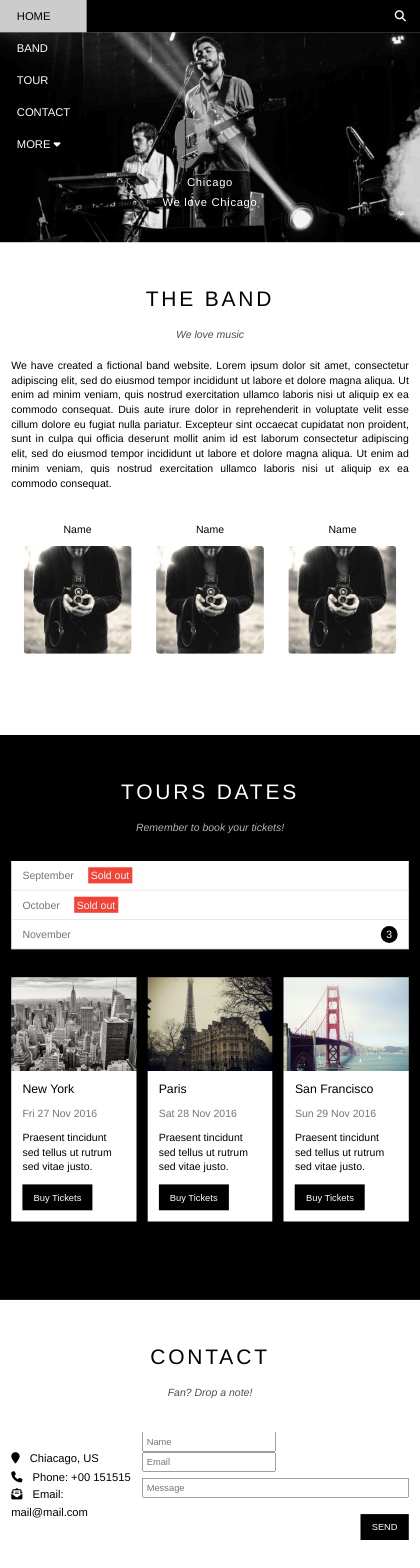
Repository: NguyenMinhChau/Theband
Page: index.html
An editor plug-in stored every save of this project. The page is shown before and after the next save, followed by the edit.
The browser window is 600 px wide. The pictures show the part of the page from y = 0 to 2240 px (the page is 3023 px tall), at 70% of full size.
Some web libraries are served in a nearby version.

Above is the page before, as saved 2021-10-24 09:15:29.

### index.html
<!DOCTYPE html>
<html lang="en">
<head>
    <meta charset="UTF-8">
    <meta http-equiv="X-UA-Compatible" content="IE=edge">
    <meta name="viewport" content="width=device-width, initial-scale=1.0">
    <title>THE BAND</title>
    <link rel="icon" href="https://www.w3schools.com/w3css/img_la.jpg"/>
    <script src="https://kit.fontawesome.com/a7b0f58175.js" crossorigin="anonymous"></script>
    <link rel="stylesheet" href="./assets/css/style.css">
    <link rel="stylesheet" href="./assets/css/responsive.css">
</head>
<body>
    <div id="main">
        <div id="header">
            <!-- Begin Navigation -->
            <ul id="nav">
                <li><a href="#">Home</a></li>
                <li><a href="#about">Band</a></li>
                <li><a href="#tour">Tour</a></li>
                <li><a href="#contact">Contact</a></li>
                <li><a href="#">More <i class="fas fa-caret-down"></i></a>
                    <ul class="subnav">
                        <li><a href="#">Merchandise</a></li>
                        <li><a href="#">Extras</a></li>
                        <li><a href="#">Media</a></li>
                    </ul>
                </li>
            </ul>
            <!-- End Navigation -->

            <!-- Begin Search -->
            <div class="icon-search">
                <a href="#"><i class="header-icon-search fas fa-search"></i></a>
            </div>
            <!-- End Search -->
        </div>

        <div id="slider">
            <div class="description">
                <h4>Chicago</h4>
                <p>We love Chicago</p>
            </div>
        </div>

        <div id="content">
            <!-- section: dành cho những phần dùng chung -->
            <!-- ABOUT SECTION -->
            <div id="about" class="content-section">
                <h2 class="section-heading">The Band</h2>
                <p class="section-subheading">We love music</p>
                <p class="about-text">We have created a fictional band website. Lorem ipsum dolor sit amet, consectetur adipiscing elit, sed do eiusmod tempor incididunt ut labore et dolore magna aliqua. Ut enim ad minim veniam, quis nostrud exercitation ullamco laboris nisi ut aliquip ex ea commodo consequat. Duis aute irure dolor in reprehenderit in voluptate velit esse cillum dolore eu fugiat nulla pariatur. Excepteur sint occaecat cupidatat non proident, sunt in culpa qui officia deserunt mollit anim id est laborum consectetur adipiscing elit, sed do eiusmod tempor incididunt ut labore et dolore magna aliqua. Ut enim ad minim veniam, quis nostrud exercitation ullamco laboris nisi ut aliquip ex ea commodo consequat.</p>
                <div class="members-list">
                    <div class="member-item col-3">
                        <p class="member-name">Name</p>
                        <img src="./assets/img/about_member01.jpg" alt="" class="member-avata">
                    </div>
                    <div class="member-item col-3">
                        <p class="member-name">Name</p>
                        <img src="./assets/img/about_member01.jpg" alt="" class="member-avata">
                    </div>
                    <div class="member-item col-3">
                        <p class="member-name">Name</p>
                        <img src="./assets/img/about_member01.jpg" alt="" class="member-avata">
                    </div>
                    <div class="clear"></div>
                </div>
            </div>

            <!-- TOUR SECTION -->
            <div id="tour" class="tour-section">
                <div class="content-section">
                    <h2 class="section-heading text-white">Tours Dates</h2>
                    <p class="section-subheading text-white">Remember to book your tickets!</p>
                    <ul class="tickets-list">
                        <li>September <span class="sold-out">Sold out</span></li>
                        <li>October <span class="sold-out">Sold out</span></li>
                        <li>November <span class="quantity">3</span></li>
                    </ul>
                    <div class="row places-list">
                        <div class="col col-3">
                            <img src="./assets/img/tour_place01.jpg" alt="New York" class="place-img">
                            <div class="place-body">
                                <h3 class="place-heading">New York</h3>
                                <p class="place-time">Fri 27 Nov 2016</p>
                                <p class="plave-desc">Praesent tincidunt sed tellus ut rutrum sed vitae justo.</p>
                                <button href="#" class="btn js-buy-ticket">Buy Tickets</button>
                            </div>
                        </div>
                        <div class="col col-3">
                            <img src="./assets/img/tour_place_02.jpg" alt="New York" class="place-img">
                            <div class="place-body">
                                <h3 class="place-heading">Paris</h3>
                                <p class="place-time">Sat 28 Nov 2016</p>
                                <p class="plave-desc">Praesent tincidunt sed tellus ut rutrum sed vitae justo.</p>
                                <button href="#" class="btn js-buy-ticket">Buy Tickets</button>
                            </div>
                        </div>
                        <div class="col col-3">
                            <img src="./assets/img/tour_place_03.jpg" alt="New York" class="place-img">
                            <div class="place-body">
                                <h3 class="place-heading">San Francisco</h3>
                                <p class="place-time">Sun 29 Nov 2016</p>
                                <p class="plave-desc">Praesent tincidunt sed tellus ut rutrum sed vitae justo.</p>
                                <button href="#" class="btn js-buy-ticket">Buy Tickets</button>
                            </div>
                        </div>
                        <div class="clear"></div>
                    </div>
                </div>
            </div>

            <!-- CONTACT SECTION -->
            <div id="contact" class="content-section">
                <h2 class="section-heading">Contact</h2>
                <p class="section-subheading">Fan? Drop a note!</p>
                <div class="contact-container">
                    <div class="infomation">
                        <p class="infomation-text">
                            <i class="fas fa-map-marker"></i>
                            Chiacago, US
                        </p>
                        <p class="infomation-text">
                            <i class="fas fa-phone"></i>
                            Phone: +00 151515
                        </p>
                        <p class="infomation-text">
                            <i class="fas fa-envelope-open-text"></i>
                            Email: mail@mail.com
                        </p>
                    </div>
                    <form class="input-infomation">
                        <div class="input-name-email">
                            <input type="text" class="intput-name" placeholder="Name" required>
                            <input type="email" class="intput-name" placeholder="Email" required>
                        </div>
                        <input type="text" class="ipnut-message" placeholder="Message" required>
                        <button class="btn pull-right">SEND</button>
                    </form>
                </div>
            </div>

            <!-- BEGIN MAP -->
            <div class="content-map-image"></div>
        </div>

        <div id="footer">
            <ul class="footer-social-list">
                <li class="social-item"><a href="#" class="social-link"><i class="fab fa-facebook-square"></i></a></li>
                <li class="social-item"><a href="#" class="social-link"><i class="fab fa-instagram-square"></i></a></li>
                <li class="social-item"><a href="#" class="social-link"><i class="fab fa-linkedin"></i></a></li>
                <li class="social-item"><a href="#" class="social-link"><i class="fab fa-youtube"></i></a></li>
                <li class="social-item"><a href="#" class="social-link"><i class="fab fa-twitter-square"></i></a></li>
            </ul>
            <p class="copyright">Powered by <a href="#">W3C</a></p>
        </div>
    </div>

    <!-- BEGIN MODEL -->
    <div class="modal">
        <div class="modal-container">
            <div class="modal-close">
                <i class="far fa-window-close"></i>
            </div>

            <header class="modal-header">
                <i class="fas fa-briefcase"></i> Tickets
            </header>

            <div class="modal-body">
                <div class="form-group">
                    <label for="money" class="modal-label">
                        <i class="fas fa-shopping-cart"></i>
                        Tickets, $15 per person
                    </label>
                    <input type="text" name="money" id="money" class="modal-input" placeholder="How many?">
                </div>

                <div class="form-group">
                    <label for="email" class="modal-label">
                        <i class="fas fa-user"></i>
                        Send To
                    </label>
                    <input type="email" name="email" id="email" class="modal-input" placeholder="Enter Email">
                </div>

                <button id="buy-tickets">
                    PAY <i class="fas fa-check"></i>
                </button>
            </div>

            <footer class="modal-footer">
                <p class="modal-help">Need
                    <a href="#">help?</a>
                </p>
            </footer>
        </div>
    </div>
    <!-- END MODAL -->
    <script src="assets/js/main.js"></script>
</body>
</html>

### assets/css/style.css
:root{
    --header-height: 46px;
}
*{
    box-sizing: border-box;
    margin: 0;
    padding: 0;
}

html{
    font-family: Helvetica, Arial, sans-serif;
}

/* BEGIN CSS COMMON */
.clear{
    clear: both;
}

.text-white{
    color: #fff !important;
}

.pull-right{
    float: right !important;
}

.row {
    margin: 0 -8px;
}

.col{
    float: left;
    padding: 0 8px;
}

.col-3{
    width: calc(100% / 3);
}

.btn{
    text-decoration: none;
    background-color: #000;
    color: #fff;
    padding: 11px 16px;
    /* Khắc phục tình trạng button che thẻ description */
    display: inline-block;
    margin-top: 15px;
    border: none;
}

.btn:hover{
    background-color: #ccc;
    color: #000;
    cursor: pointer;
}
/* END CSS COMMON */

/* BEGIN CSS HEADER */
#header{
    height: var(--header-height);
    background-color: #000;
    position: fixed;
    top: 0;
    left: 0;
    right: 0;
}

#nav{
    display: inline-block;
}

#nav,
#subnav{
    list-style-type: none;
}

#nav li{
    display: inline-block;
    position: relative;
}

#nav > li > a{
    color: #fff;
    text-transform: uppercase;
}

#nav li a {
    text-decoration: none;
    line-height: var(--header-height);
    padding: 0 24px;

    display: block;
}

#nav > li:hover > a,
#nav .subnav li:hover a {
    color: #000;
    background-color: #ccc;
}

#nav > li:hover .subnav{
    display: block;
}

#nav .subnav{
    display: none;
    position: absolute;
    background-color: #fff;
    box-shadow: 0 0 10px rgba(0,0,0,0.3);
    color: #000;
    top: 100%;
    left: 0;
}

#nav .subnav li a{
    color: #000;
    padding: 0 12px;
    line-height: 38px;
    min-width: 160px;
}

#nav .subnav li{
    display: block;
}

#header .icon-search{
    /* position: absolute;
    top: 0;
    right: 0; */
    float: right;
    line-height: var(--header-height);
    padding: 0 20px;
}

#header .icon-search a{
    text-decoration: none;
}

#header .icon-search:hover{
    background-color: rgb(255, 39, 39);
    cursor: pointer;
}

#header .icon-search .header-icon-search{
    color: #fff;
}
/* END CSS HEADER */


/* BEGIN CSS SLIDER */
#slider{
    position: relative;
    margin-top: var(--header-height);
    /* Kỹ thuật tạo ảnh không bị méo khi thay đổi kích thước */
    padding-top: 50%; /* % là theo chiều ngang của chính nó*/

    /* Khi dùng padding như trên -> ta dùng bg-image để tạo ảnh vì có thể đổ ảnh từ padding */
    background: url('../img/slider_band_chicago.jpg') no-repeat center / cover;
    z-index: -1;
}

#slider .description{
    position: absolute;
    bottom: 0;
    left: 50%;
    transform: translateX(-50%);

    color: #fff;
    text-align: center;
    margin-bottom: 48px;
    letter-spacing: 1px;
}

#slider .description h4,
#slider .description p{
    text-shadow: 0 0 10 rgba(0,0,0,0.5);
}

#slider .description h4{
    font-weight: 540;
    padding: 10px 0;
}
/* END CSS SLIDER */

/* BEGIN CSS CONTENT */
/* CSS ABOUT */
#content .content-section{
    width: 800px;
    margin: auto;
    padding: 64px 0 112px;

    /* Media query Tablet */
    max-width: 100%;
    padding-left: 16px;
    padding-right: 16px;
}

#content .section-heading,
#content .section-subheading{
    text-align: center;
}

#content .section-heading{
    font-size: 30px;
    font-weight: 500;
    text-transform: uppercase;
    letter-spacing: 4px;
}

#content .section-subheading{
    font-size: 15px;
    font-style: italic;
    margin: 25px 0;
    opacity: 0.7;
}

#content .about-text{
    text-align: justify;
    font-size: 15px;
    line-height: 1.4;
}

#content .members-list{
    margin-top: 48px;
}

#content .member-item{
    float: left;
    text-align: center;
}

#content .member-name{
    font-size: 15px;
}

#content .member-avata{
    margin-top: 15px;
    width: 154px;
    border-radius: 5px;
}

/* CSS TOUR */
#content .tour-section{
    background-color: #000;
}

#content .tickets-list{
    background-color: #fff;
    margin: 40px 0;
    list-style: none;
}

#content .tickets-list li{
    font-size: 15px;
    padding: 12px 16px;
    border-bottom: 1px solid #ddd;
    color: #757575;
}

#content .tickets-list .sold-out{
    background-color: #f44336;
    color: #fff;
    padding: 3px 4px;
    margin-left: 16px;
}

#content .tickets-list .quantity{
    float: right;
    background-color: #000;
    border-radius: 50%;
    width: 24px;
    height: 24px;
    color: #fff;
    text-align: center;
    line-height: 24px;
    margin-top: -3px;
}

#content .place-img{
    width: 100%;
    display: block;
}

#content .place-img:hover{
    opacity: 0.7;
}

#content .place-body{
    background-color: #fff;
    padding: 16px;
    font-size: 15px;
}

#content .place-heading{
    font-weight: 550;
}

#content .place-time{
    margin: 15px 0;
    color: #757575;
}

#content .plave-desc{
    line-height: 1.4;
}

/* CSS CONTACT */
#content .contact-container{
    display: flex;
    flex-direction: row;
    justify-content: space-between;
    align-items: center;
    margin-top: 48px;
}

#content .infomation-text{
    font-size: 16px;
    line-height: 1.6;
}

#content .infomation-text i {
    margin-right: 10px;
}

#content .input-name-email,
#content .ipnut-message{
    margin-bottom: 8px;
}

#content .intput-name,
#content .ipnut-message{
    padding: 5px 5px;
    outline: none;
}

#content .ipnut-message{
    width: 100%;
}

#content .content-map-image{
    height: 600px;
    background: url('../img/img-footer.jpg') no-repeat center / 100% 100%;
}
/* END CSS CONTENT */

/* BEGIN CSS FOOTER */
#footer{
    text-align: center;
    margin-bottom: 20px;
}

#footer .footer-social-list{
    list-style: none;
    margin-top: 32px;
    margin-bottom: 16px;
}

#footer .footer-social-list li{
    display: inline-block;
}

#footer .footer-social-list li a{
    color: rgb(185, 185, 185);
    padding: 0 10px;
}

#footer .footer-social-list li a i{
    font-size: 25px;
}

#footer .copyright a{
    text-decoration: none;
}
/* END CSS FOOTER */

/* BEGIN CSS MODAL */
.modal{
    position: fixed;
    top: 0;
    bottom: 0;
    right: 0;
    left: 0;
    background: rgba(0,0,0,0.3);
    align-items: center;
    justify-content: center;
    display: none;
}

.modal.open{
    display: flex;
}

.modal-container{
    position: relative;
    background-color: #fff;
    width: 900px;
    max-width: calc(100% - 30px);
    min-height: 200px;
    animation: modalFaceIn linear .5s;
}

@keyframes modalFaceIn{
    from {
        transform: translateY(-100%);
        opacity: 0;
    }
    to {
        transform: translateY(0);
        opacity: 1;
    }
}

.modal-close{
    position: absolute;
    top: 0;
    right: 0;
    color: #fff;
    padding: 12px;
}

.modal-close:hover{
    background-color: #ddd;
    color: #000;
    cursor: pointer;
}

.modal-header{
    height: 130px;
    background: #009688;
    text-align: center;
    line-height:130px;
    color: #fff;
    font-size: 30px;
}

.modal-body{
    padding: 16px;
}

.modal-label{
    display: block;
    font-size: 15px;
}

.modal-input{
    margin: 8px 0 18px 0;
    width: 100%;
    padding: 6px 5px;
    outline: none;
    border-color: #ccc;
    font-size: 15px;
}

#buy-tickets{
    width: 100%;
    background: #009688;
    border: none;
    color: #fff;
    text-transform: uppercase;
    padding: 12px;
}

#buy-tickets:hover{
    cursor: pointer;
    opacity: 0.9;
}

.modal-footer{
    padding: 12px;
    float: right;
}

.modal-help a{
    text-decoration: none;
    color: #009688;
}
/* END CSS MODAL */

### assets/css/responsive.css
/*
PC: >= 1024px (64em)
Tablet: >= 740px & < 1024px (>= 46.25em & < 63.9375em)
Mobile: < 740px (< 46.25em)
 */

@media (min-width: 64em) {

}

@media (min-width: 46.25em) and (max-width: 63.9375em) {

}

@media (max-width: 46.25em) {
    #nav {
        overflow: hidden;
    }

    #nav li{
        display: block;
    }
}

### assets/js/main.js
const $ = document.querySelector.bind(document)
const $$ = document.querySelectorAll.bind(document)

const btnTickets = $$('.js-buy-ticket');
const modal = $('.modal');
const modalContainer = $('.modal-container');
const modalClose = $('.modal-close');

for (const btnTicket of btnTickets) {
    btnTicket.addEventListener('click',function(e){
        modal.classList.add('open');
    })
}
modalClose.addEventListener('click',function(e){
    modal.classList.remove('open');
})

// Phải xác định sẽ không nổi bọt tới đâu
modal.addEventListener('click',function(e){
    modal.classList.remove('open');
})
modalContainer.addEventListener('click',function(e){
    e.stopPropagation();
})

After the next save:
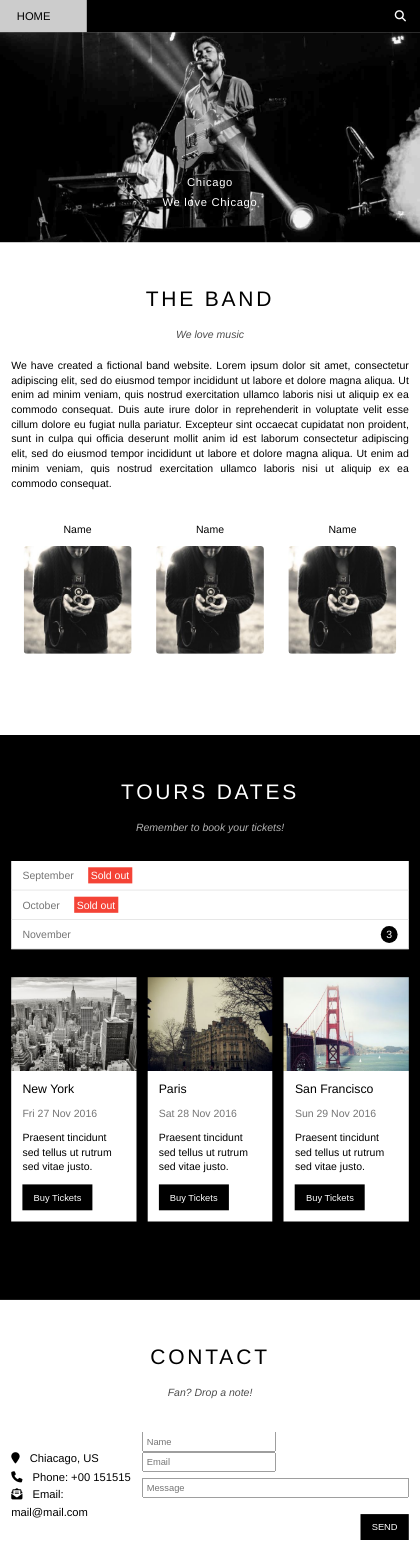
Saved 24 s later.
--- a/assets/css/responsive.css
+++ b/assets/css/responsive.css
@@ -13,7 +13,7 @@
 }
 
 @media (max-width: 46.25em) {
-    #nav {
+    #header {
         overflow: hidden;
     }
 

After the 2 saves that followed:
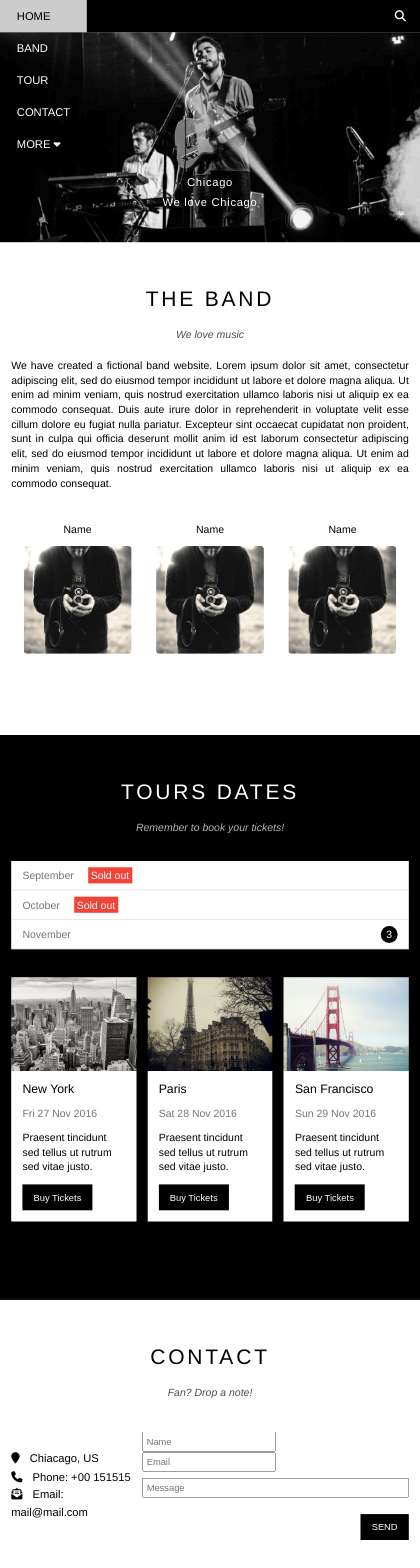
The 2 saves are shown as one change because they came seconds apart.
The last was saved 2 min 44 s later.
--- a/assets/css/responsive.css
+++ b/assets/css/responsive.css
@@ -13,10 +13,6 @@
 }
 
 @media (max-width: 46.25em) {
-    #header {
-        overflow: hidden;
-    }
-
     #nav li{
         display: block;
     }
